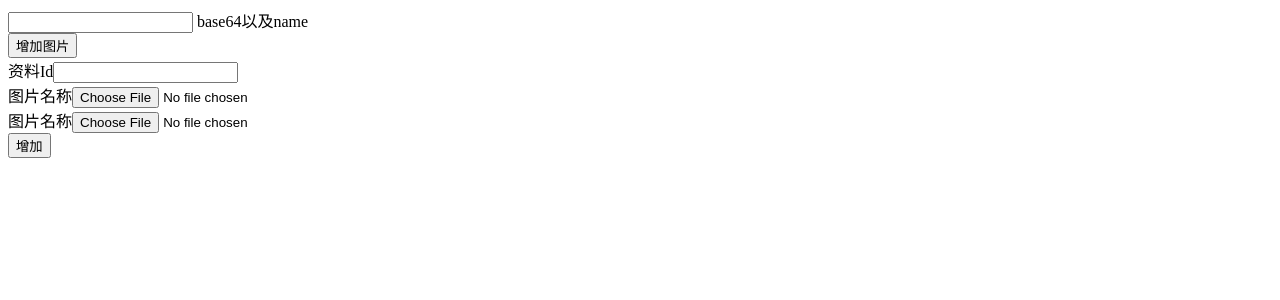
Repository: xoadoCompany/xoado
Page: http://localhost/xoado-cloud/
The author's editor kept a copy of each file at every save. The page is drawn from the files as they stood at one save, then again after the next save.
The browser window is 1280 px wide. The pictures show the whole page.
The page is served by Tomcat 9. Nobody is signed in. The application's start-up code is not run. Other server files are loaded and not shown.

Above is the page before, as saved 2018-08-29 05:22:21.

### xoado/xoado-cloud/src/main/webapp/index.jsp
<%@ page language="java" contentType="text/html; charset=utf-8"
    pageEncoding="utf-8"%>
<!DOCTYPE html PUBLIC "-//W3C//DTD HTML 4.01 Transitional//EN" "http://www.w3.org/TR/html4/loose.dtd">
<html>
<head>
<meta http-equiv="Content-Type" content="text/html; charset=utf-8">
<title>Insert title here</title>
</head>
<body>
<form action="/files/filesBase64" method="post" enctype="multipart/form-data">
		<input type="text" name="base64text">   base64以及name<br>
		<input type="submit" value="增加图片">
	</form>
	<form action="/" method="post" enctype="multipart/form-data">
			资料Id<input type="text" name="archiveid"><br>
		图片名称<input type="file" name=attachmentpicture><br>
		图片名称<input type="file" name=attachmentpicture><br>
		<input type="submit" value="增加">
	</form>

</body>
</html>

After the next save:
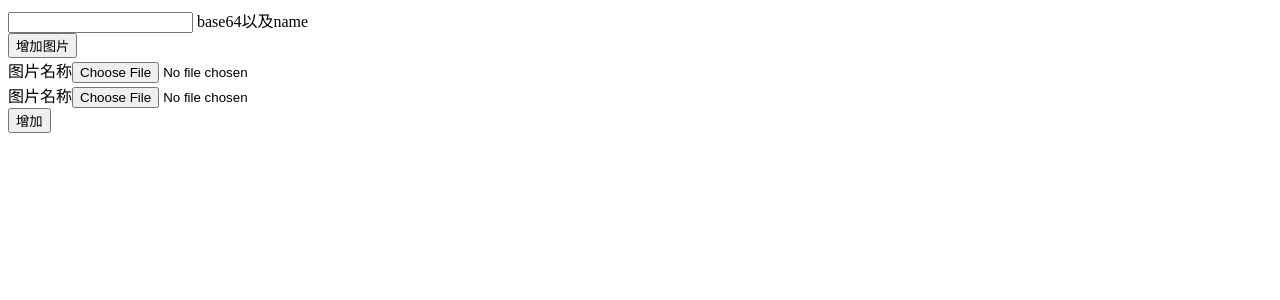
Saved 6 s later.
--- a/xoado/xoado-cloud/src/main/webapp/index.jsp
+++ b/xoado/xoado-cloud/src/main/webapp/index.jsp
@@ -12,7 +12,6 @@
 		<input type="submit" value="增加图片">
 	</form>
 	<form action="/" method="post" enctype="multipart/form-data">
-			资料Id<input type="text" name="archiveid"><br>
 		图片名称<input type="file" name=attachmentpicture><br>
 		图片名称<input type="file" name=attachmentpicture><br>
 		<input type="submit" value="增加">
